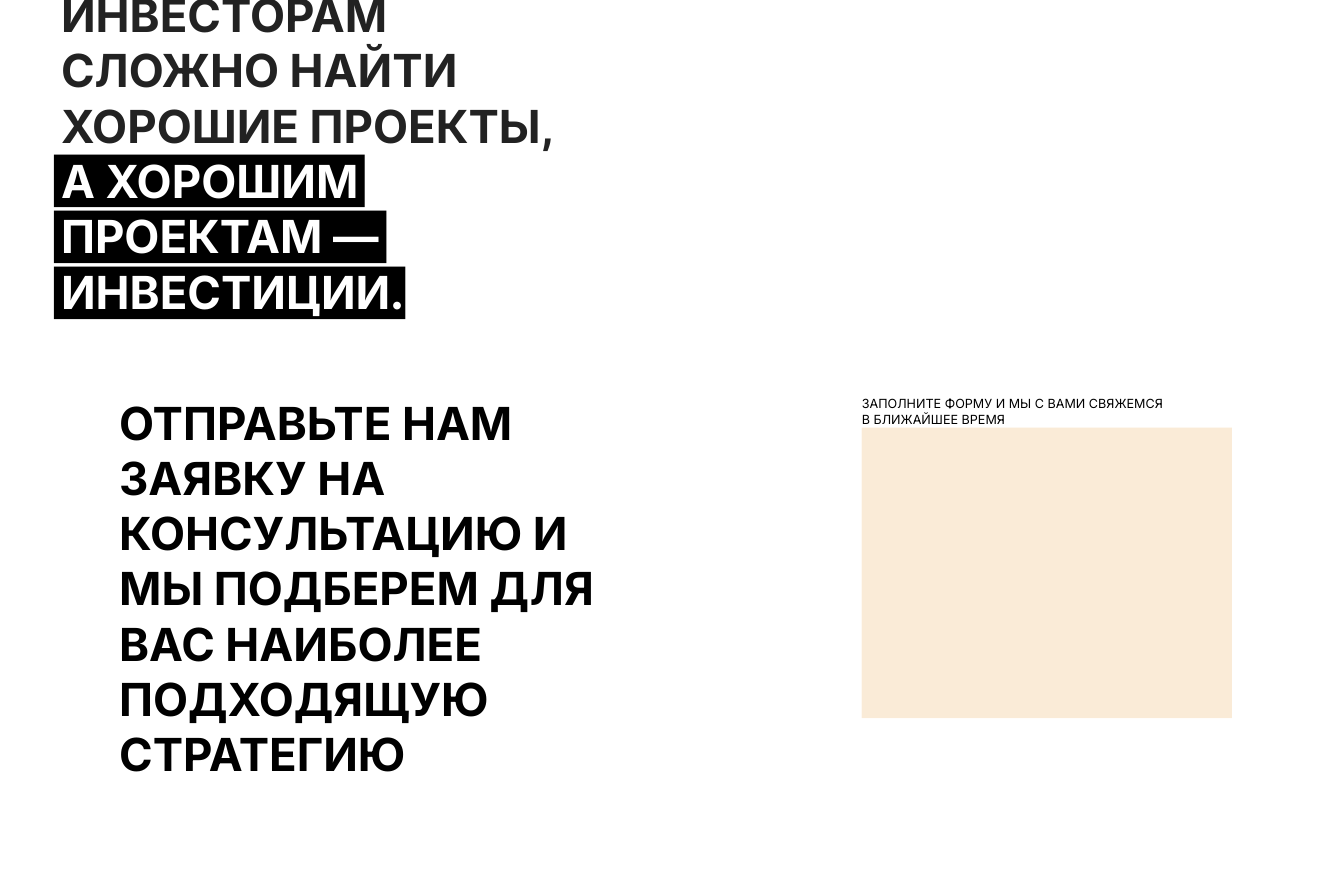
Repository: NadyaKorvin/frontiers
Page: /
An editor plug-in stored every save of this project. The page is shown before and after the next save, followed by the edit.
The browser window is 1280 px wide. The page is 1920 px wide, so the pictures cover 1920 px, including what lies to the right of the window. The pictures show the part of the page from y = 1097 to 2377 px (the page is 2665 px tall), at 70% of full size.
The project was rebuilt for these pictures with package versions that can differ from the ones it lists, and the page was loaded fresh each time.

Above is the page before, as saved 2022-05-23 16:32:38.

### public/index.html
<!DOCTYPE html>
<html lang="en">
  <head>
    <meta charset="utf-8" />
    <link rel="icon" href="%PUBLIC_URL%/favicon.ico" />
    <meta name="viewport" content="width=device-width, initial-scale=1" />
    <meta name="theme-color" content="#000000" />
    <meta name="description" content="Web site created using create-react-app" />
    <link rel="apple-touch-icon" href="%PUBLIC_URL%/logo192.png" />
    <link rel="manifest" href="%PUBLIC_URL%/manifest.json" />
    <link rel="preconnect" href="https://fonts.googleapis.com" />
    <link rel="preconnect" href="https://fonts.gstatic.com" crossorigin />
    <link href="https://fonts.googleapis.com/css2?family=Inter:wght@300;400;500;700&display=swap" rel="stylesheet" />
    <title>FRONTIERS</title>
  </head>
  <body>
    <noscript>You need to enable JavaScript to run this app.</noscript>
    <div id="root"></div>
  </body>
</html>

### src/index.js
import React from "react"
import ReactDOM from "react-dom/client"

import App from "./App"

const root = ReactDOM.createRoot(document.getElementById("root"))
root.render(
  <React.StrictMode>
    <App />
  </React.StrictMode>
)

### src/App.js
import { useState } from "react";
import "./App.css";
import { SecondScreenAnimation } from "./components/secondScreen/SecondScreenAnimation";
import FirstScreenAnimation from "./components/firstScreen/FirstScreenAnimation";
import LastScreenAnimation from "./components/lastScreen/LastScreenAnimation"

function App() {
  const [mousePosition, setMousePosition] = useState("");

  const listenUpperMousePosition = (event) => {
    console.log(event);
    console.log(event.target);
    setMousePosition(event.target);
  };

  return (
    <>
      <FirstScreenAnimation />
      <div className="App">
        <SecondScreenAnimation listenMousePosition={listenUpperMousePosition} />
      </div>
      <LastScreenAnimation />
    </>
  );
}
export default App;

### src/App.css
@import url("./reset.css");
@import url("./components/secondScreen/SecondScreen.css");
@import url("./font/font.css");

body {
  font-family: "Inter";
}

### src/components/secondScreen/SecondScreenAnimation.js
export function SecondScreenAnimation({ listenMousePosition, mousePosition }) {
  let goUp = ""
  const goUpBlackLines = (mousePosition) => {
    if (mousePosition === "animation__text_first_part") {
      goUp = "up"
      return goUp
    }
  }
  goUpBlackLines(mousePosition)
  console.log(goUp)
  return (
    <div className="animation__text_block">
      {goUp != "up" ? (
        <div>
          <div className="animation__text" onMouseOver={listenMousePosition}>
            <p className="animation__text_first_part">Инвесторам сложно найти хорошие проекты,</p>
            <p className="animation__text_second_part">а хорошим проектам — инвестиции.</p>
          </div>
          <div className="animation__black_lines">
            <div className="animation__1th_black_line"></div>
            <div className="animation__2th_black_line"></div>
            <div className="animation__3th_black_line"></div>
          </div>
        </div>
      ) : (
        <div>
          <div className="animation__text" onMouseOver={listenMousePosition}>
            <p className="animation__text_first_part" style={{ color: "#fff" }}>
              Инвесторам сложно найти хорошие проекты,
            </p>
            <p className="animation__text_second_part" style={{ color: "#000" }}>
              а хорошим проектам — инвестиции.
            </p>
          </div>
          <div className="animation__black_lines">
            <div className="animation__1th_black_line" style={{ width: "484px", marginTop: "-475px" }}></div>
            <div className="animation__2th_black_line" style={{ width: "586px" }}></div>
            <div className="animation__3th_black_line" style={{ width: "722px" }}></div>
          </div>
        </div>
      )}
    </div>
  )
}

### src/components/firstScreen/FirstScreenAnimation.js
import React from "react";
import style from "./FirstScreen.module.css";
import image from "../../images/image.webp";

export default function FirstScreenAnimation() {
  const pointer = (
    <svg
      width="8"
      height="101"
      viewBox="0 0 8 101"
      fill="none"
      xmlns="http://www.w3.org/2000/svg"
    >
      <path
        d="M4.35355 100.356C4.15829 100.551 3.84171 100.551 3.64645 100.356L0.464466 97.1735C0.269204 96.9783 0.269204 96.6617 0.464466 96.4664C0.659728 96.2712 0.976311 96.2712 1.17157 96.4664L4 99.2948L6.82843 96.4664C7.02369 96.2712 7.34027 96.2712 7.53553 96.4664C7.7308 96.6617 7.7308 96.9783 7.53553 97.1735L4.35355 100.356ZM3.5 100.002L3.5 0.00195312H4.5L4.5 100.002H3.5Z"
        fill="black"
      />
    </svg>
  );

  return (
    <>
      <section className={style.first__screen}>
        <header className={style.header}>
          <div className={style.logotype}>FRONTIERS</div>
          <nav className={style.nav__sidebar}>
            <ul>Агенство</ul>
            <ul>Кейсы</ul>
            <ul>Услуги</ul>
            <ul>Контакты</ul>
          </nav>
          <div className={style.button}>
            <p className={style.text__btn}>Получить консультацию</p>
          </div>
        </header>
        <div className={style.content}>
          <p>ИНВЕСТИЦИИ</p>
          <p>НЕ</p>
          <p>СЛОЖНО</p>
          <p>
            Мы помогли заработать более 50 млн рублей частным инвесторам в 2021
            году на вложениях в российский бизнес
          </p>
          <p>ПРОКРУТИ ВНИЗ</p>
          <div className={style.content__pointer}>{pointer}</div>
          <img src={image} alt="" />
        </div>
      </section>
    </>
  );
}

### src/components/lastScreen/LastScreenAnimation.js
import React from "react";
import style from "./LastScreen.module.css";
import Form from "./Form"
import Kojo from "../../images/Kojo"

export default function LastScreenAnimation() {
  return (
    <>
      <section className={style.last__screen}>
        <div className={style.wrapper}>
          <div className={style.left__content}>
            <p>
              ОТПРАВЬТЕ НАМ ЗАЯВКУ НА КОНСУЛЬТАЦИЮ И МЫ ПОДБЕРЕМ ДЛЯ ВАС
              НАИБОЛЕЕ ПОДХОДЯЩУЮ СТРАТЕГИЮ
            </p>
          </div>
          <div className={style.right__content}>
            <div className={style.text__form}>
              <p>ЗАПОЛНИТЕ ФОРМУ И МЫ С ВАМИ СВЯЖЕМСЯ В БЛИЖАЙШЕЕ ВРЕМЯ</p>
            </div>
            <Form />
          </div>
        </div>
        <footer className={style.footer}>
          <div className={style.contact}>
            <p>КОНТАКТЫ</p>
            <p>Санкт-Петербург, Невский пр-кт, 71 (5 этаж)</p>
            <p>+7 000 987 6543</p>
            <p><a href="mailto:info@frontiers.ru" ></a>info@frontiers.ru</p>
          </div>
          <div className={style.design}>
            <p>Дизайн и разработка</p>
            <Kojo />
          </div>
          <div className={style.frontiers}>
            <p>FRONTIERS</p>
            <p>Политика конфиденциальности</p>
            <p>© 2022 Frontiers Group</p>
          </div>
        </footer>
      </section>
    </>
  );
}

### src/reset.css
html,
body,
div,
span,
applet,
object,
iframe,
h1,
h2,
h3,
h4,
h5,
h6,
p,
blockquote,
pre,
a,
abbr,
acronym,
address,
big,
cite,
code,
del,
dfn,
em,
img,
ins,
kbd,
q,
s,
samp,
small,
strike,
strong,
sub,
sup,
tt,
var,
b,
u,
i,
center,
dl,
dt,
dd,
ol,
ul,
li,
fieldset,
form,
label,
legend,
table,
caption,
tbody,
tfoot,
thead,
tr,
th,
td,
article,
aside,
canvas,
details,
embed,
figure,
figcaption,
footer,
header,
hgroup,
menu,
nav,
output,
ruby,
section,
summary,
time,
mark,
audio,
video {
  margin: 0;
  padding: 0;
  border: 0;
  font-size: 100%;
  font: inherit;
  vertical-align: baseline;
}

:focus {
  outline: 0;
}

article,
aside,
details,
figcaption,
figure,
footer,
header,
hgroup,
menu,
nav,
section {
  display: block;
}

body {
  line-height: 1;
}

ol,
ul {
  list-style: none;
}

blockquote,
q {
  quotes: none;
}

blockquote:before,
blockquote:after,
q:before,
q:after {
  content: "";
  content: none;
}

table {
  border-collapse: collapse;
  border-spacing: 0;
}

input[type="search"]::-webkit-search-cancel-button,
input[type="search"]::-webkit-search-decoration,
input[type="search"]::-webkit-search-results-button,
input[type="search"]::-webkit-search-results-decoration {
  -webkit-appearance: none;
  -moz-appearance: none;
}

input[type="search"] {
  -webkit-appearance: none;
  -moz-appearance: none;
  -webkit-box-sizing: content-box;
  -moz-box-sizing: content-box;
  box-sizing: content-box;
}

textarea {
  overflow: auto;
  vertical-align: top;
  resize: vertical;
}

[hidden] {
  display: none;
}

html {
  font-size: 100%; /* 1 */
  -webkit-text-size-adjust: 100%; /* 2 */
  -ms-text-size-adjust: 100%; /* 2 */
}

a:focus {
  outline: thin dotted;
}

a:active,
a:hover {
  outline: 0;
}

img {
  border: 0;
  -ms-interpolation-mode: bicubic;
}

figure {
  margin: 0;
}

form {
  margin: 0;
}

fieldset {
  border: 1px solid #c0c0c0;
  margin: 0 2px;
  padding: 0.35em 0.625em 0.75em;
}

legend {
  border: 0; /* 1 */
  padding: 0;
  white-space: normal; /* 2 */
  *margin-left: -7px; /* 3 */
}

button,
input,
select,
textarea {
  font-size: 100%; /* 1 */
  margin: 0; /* 2 */
  vertical-align: baseline; /* 3 */
  *vertical-align: middle; /* 3 */
}

button,
input {
  line-height: normal;
}

button,
select {
  text-transform: none;
}

button,
html input[type="button"], /* 1 */
input[type="reset"],
input[type="submit"] {
  -webkit-appearance: button; /* 2 */
  cursor: pointer; /* 3 */
  *overflow: visible; /* 4 */
}

button[disabled],
html input[disabled] {
  cursor: default;
}

input[type="checkbox"],
input[type="radio"] {
  box-sizing: border-box; /* 1 */
  padding: 0; /* 2 */
  *height: 13px; /* 3 */
  *width: 13px; /* 3 */
}

input[type="search"] {
  -webkit-appearance: textfield; /* 1 */
  -moz-box-sizing: content-box;
  -webkit-box-sizing: content-box; /* 2 */
  box-sizing: content-box;
}

input[type="search"]::-webkit-search-cancel-button,
input[type="search"]::-webkit-search-decoration {
  -webkit-appearance: none;
}

button::-moz-focus-inner,
input::-moz-focus-inner {
  border: 0;
  padding: 0;
}

textarea {
  overflow: auto; /* 1 */
  vertical-align: top; /* 2 */
}

table {
  border-collapse: collapse;
  border-spacing: 0;
}

html,
button,
input,
select,
textarea {
  color: #222;
}

::-moz-selection {
  background: #b3d4fc;
  text-shadow: none;
}

::selection {
  background: #b3d4fc;
  text-shadow: none;
}

img {
  vertical-align: middle;
}

fieldset {
  border: 0;
  margin: 0;
  padding: 0;
}

textarea {
  resize: vertical;
}

.chromeframe {
  margin: 0.2em 0;
  background: #ccc;
  color: #000;
  padding: 0.2em 0;
}

### src/components/secondScreen/SecondScreen.css
.second__screen_main {
  display: flex;
  justify-content: space-between;
  margin: 0 auto;
  margin-top: 174px;
  /* придкмать решение сделать по центру*/
  display: flex;
  width: 1600px;
  height: 733px;
}

.animation__text_block {
  display: block;
  margin-left: 87px;
}

.animation__text_first_part,
.animation__text_second_part {
  width: 770px;
  text-transform: uppercase;
  font-size: 65px;
  font-weight: 700;
  line-height: 79px;
  transition: 0.6s ease-out;
}

.animation__text_second_part {
  color: #fff;
}

.animation__black_lines {
  margin-left: -10px;
  margin-top: -236px;
}

.animation__1th_black_line {
  margin-bottom: 5px;
  height: 75px;
  width: 444px;
  background-color: #000;
  transition: 0.6s ease-out;
}

.animation__2th_black_line {
  margin-bottom: 5px;
  height: 75px;
  width: 475px;
  background-color: #000;
  transition: 0.6s ease-out;
}
.animation__3th_black_line {
  height: 75px;
  width: 502px;
  background-color: #000;
  transition: 0.6s ease-out;
}

.right__part {
  display: flex;
  margin-left: 190px;
  flex-direction: column;
}

.conversation__image {
  margin-right: 222px;
  display: block;
  width: 400px;
  height: 400px;
  background: url("../secondScreen/people.png");
}

.decoration_marks {
  margin-top: -110px;
  transform: rotate(-180deg);
  font-size: 200px;
  font-weight: 300;
}

.text_paragraph {
  margin-left: 90px;
  width: 431px;
  font-size: 18px;
  font-weight: 400;
  line-height: 23px;
  text-transform: uppercase;
  line-height: 130%;
}

### src/font/font.css
@font-face {
  font-family: "Inter";
  src:
    url("./Inter-Bold.ttf") format("truetype")
    url("./Inter-Bold.woff2") format("woff2"),
    url("./Inter-Bold.woff") format("woff");
  font-weight: 700;
  font-style: normal;
  font-stretch: normal;
  unicode-range: U+0020-E0D0;
}

@font-face {
  font-family: "Inter";
  src:
    url("./Inter-Regular.woff2") format("woff2"),
    url("./Inter-Regular.ttf") format("truetype")
    url("./Inter-Regular.woff") format("woff");
  font-weight: 400;
  font-style: normal;
  font-stretch: normal;
  unicode-range: U+0020-E0D0;
}

@font-face {
    font-family:'Inter Medium';
    src:
        url("./Inter-Medium.ttf") format("truetype")
        url('Inter-Medium.woff2') format('woff2'),
		url('Inter-Medium.woff') format('woff');
    font-weight: 500;
    font-style: normal;
    font-stretch: normal;
    unicode-range: U+0020-E0D0;
}

@font-face {
    font-family:'Inter Light';
    src:
        url("./Inter-Light.ttf") format("truetype")
        url('Inter-Light.woff2') format('woff2'),
		url('Inter-Light.woff') format('woff');
    font-weight: 300;
    font-style: normal;
    font-stretch: normal;
    unicode-range: U+0020-E0D0;
}

### src/components/firstScreen/FirstScreen.module.css
.first__screen {
  width: 1920px;
  height: 1080px;
}

.header {
  width: 1600px;
  height: 82px;
  margin: 0 160px;
  border-bottom: 1px solid #000000;
  display: flex;
}

.logotype {
  width: 151px;
  height: 30px;
  padding-top: 27px;
  font-family: "Inter";
  font-style: normal;
  font-weight: 700;
  font-size: 25px;
  line-height: 30px;
  letter-spacing: 0.05em;
  color: #000000;
}

.nav__sidebar {
  display: flex;
  justify-content: space-between;
  width: 473px;
  padding-top: 33px;
  padding-left: 633px;
}

.button {
  position: absolute;
  width: 243px;
  height: 45px;
  left: 1517px;
  top: 19px;
  background: #000000;
}

.text__btn {
  padding-top: 12px;
  padding-bottom: 12px;
  font-family: "Inter";
  font-style: normal;
  font-weight: 500;
  font-size: 16px;
  line-height: 19px;
  text-align: center;
  color: #ffffff;
}

.content > p {
  position: absolute;
  font-family: "Inter";
  font-style: normal;
  font-weight: 400;
  font-size: 160px;
  line-height: 194px;
  text-transform: uppercase;
  color: #000000;
}

p:nth-child(1) {
  top: 83px;
  left: 160px;
}

p:nth-child(2) {
  top: 285px;
  left: 1449px;
}

p:nth-child(3) {
  top: 461px;
  left: 568px;
}

p:nth-child(4) {
  width: 265px;
  height: 90px;
  top: 118px;
  left: 1464px;
  box-sizing: content-box;
  font-family: "Inter";
  font-style: normal;
  font-weight: 500;
  font-size: 14px;
  line-height: 130%;
  text-transform: uppercase;
  color: #000000;
}

p:nth-child(5) {
  position: absolute;
  width: 130px;
  height: 17px;
  left: 104px;
  top: 865px;
  font-family: "Inter";
  font-style: normal;
  font-weight: 500;
  font-size: 14px;
  line-height: 17px;
  letter-spacing: 0.05em;
  color: #000000;
  transform: rotate(-90deg);
}

.content__pointer {
    position: absolute;
    top: 876px;
    left: 187px;
}

img {
  position: absolute;
  top: 714px;
  left: 568px;
  width: 1352px;
  height: 366px;
}

### src/components/lastScreen/LastScreen.module.css
.last__screen {
  width: 1920px;
  height: 1080px;
}

.wrapper {
  position: relative;
  top: 109px;
  left: 170px;
  display: flex;
  justify-content: space-between;
  width: 1590px;
  height: 553px;
}

.left__content {
  position: relative;
  width: 775px;
  height: 553px;
  box-sizing: border-box;
  font-family: "Inter";
  font-style: normal;
  font-weight: 700;
  font-size: 65px;
  line-height: 79px;
  text-transform: uppercase;
  color: #000000;
}

.right__content {
  position: relative;
  width: 529px;
  height: 553px;
}

.text__form {
  width: 529px;
  height: 46px;
  left: 1231px;
  top: 4438px;
  font-family: "Inter";
  font-style: normal;
  font-weight: 400;
  font-size: 18px;
  line-height: 130%;
  text-transform: uppercase;
  color: #000000;
}

.footer {
  position: relative;
  margin: 308px 160px 0;
  width: 1600px;
  border-top: 1px solid #000000;
  bottom: 0px;
  display: flex;
  justify-content: space-between;
}

.contact {
  width: 357px;
}

.contact > p:nth-child(1) {
  padding: 33px 0 20px;
  font-family: "Inter";
  font-style: normal;
  font-weight: 700;
  font-size: 25px;
  line-height: 30px;
  color: #000000;
}

.contact > p:nth-child(2),
.contact > p:nth-child(3),
.contact > p:nth-child(4) {
  padding-bottom: 15px;
}

.design {
  padding-top: 150px;
  width: 260px;
  display: flex;
  margin-left: -80px;
  justify-content: space-between;
}

.frontiers {
  width: 250px;
  text-align: end;
}

.frontiers > p:nth-child(1) {
    padding: 30px 0 57px;
    font-family: "Inter";
    font-style: normal;
    font-weight: 700;
    font-size: 25px;
    line-height: 30px;
    color: #000000;
  }

.frontiers > p:nth-child(2),
.frontiers > p:nth-child(3) {
    padding-bottom: 15px;
}

### src/components/lastScreen/Form.js
import React, { useState, useRef } from "react";
import { useForm } from "react-hook-form";
import style from "./Form.module.css";

export default function Form() {
  const {
    register,
    handleSubmit,
    watch,
    formState: { errors },
  } = useForm();
  const onSubmit = (data) => console.log(data);

  console.log(watch("example"));

  return (
    <form name="form"
    id="form" className={style.form} onSubmit={handleSubmit(onSubmit)}>
    </form>
  );
}

### src/images/Kojo.js
export default function Kojo() {
  return (
    <>
      <a href="https://kojo.one">
        <svg
          width="84"
          height="14"
          viewBox="0 0 84 14"
          fill="none"
          xmlns="http://www.w3.org/2000/svg"
        >
          <g clip-path="url(#clip0_208_2325)">
            <path d="M0 11.0006H2.91247V13.7951H0V11.0006Z" fill="black" />
            <path
              d="M45.2715 11.356H48.0271V14.0001H45.2715V11.356Z"
              fill="black"
            />
            <path
              d="M80.627 5.62939H83.1075V8.00787H80.627V5.62939Z"
              fill="black"
            />
            <path
              d="M72.5498 5.0966V13.7949H69.1513L65.5198 3.26231C65.5586 3.66001 65.5975 4.13227 65.6363 4.6791C65.6752 5.22591 65.7076 5.77896 65.7334 6.33821C65.7723 6.89747 65.7917 7.39458 65.7917 7.82956V9.44863H63.2283V0.186417H66.6267L70.2971 10.719C70.2583 10.2592 70.2129 9.73103 70.1612 9.13448C70.1093 8.52551 70.0641 7.92277 70.0252 7.32623C69.9994 6.71727 69.9864 6.20151 69.9864 5.77896V5.0966H72.5498Z"
              fill="black"
            />
            <path
              d="M13.7413 13.4782C14.4404 13.8137 15.2625 13.9815 16.2076 13.9815C17.1657 13.9815 17.9878 13.8137 18.674 13.4782C19.3731 13.1302 19.9104 12.6517 20.2859 12.0427C20.6742 11.4213 20.8684 10.7005 20.8684 9.88028V7.68652H17.9554V9.88028C17.9554 10.9988 17.3729 11.558 16.2076 11.558C15.0425 11.558 14.4599 10.9988 14.4599 9.88028V7.68652H11.5469V9.88028C11.5469 10.7005 11.7346 11.4213 12.11 12.0427C12.4984 12.6517 13.0422 13.1302 13.7413 13.4782Z"
              fill="black"
            />
            <path
              d="M11.5469 5.34079V4.1012C11.5469 3.28096 11.7346 2.56636 12.11 1.95739C12.4984 1.336 13.0422 0.857523 13.7413 0.52197C14.4404 0.17399 15.2625 0 16.2076 0C17.1657 0 17.9878 0.17399 18.674 0.52197C19.3731 0.857523 19.9104 1.336 20.2859 1.95739C20.6742 2.56636 20.8684 3.28096 20.8684 4.1012V5.34079H17.9554V4.1012C17.9554 2.98269 17.3729 2.42343 16.2076 2.42343C15.0425 2.42343 14.4599 2.98269 14.4599 4.1012V5.34079H11.5469Z"
              fill="black"
            />
            <path
              d="M0 0.186417V9.74988H2.91299V8.03461H4.2918L6.69987 13.7949H9.90416L6.87465 6.69241L9.78764 0.186417H6.62219L4.2918 5.46204H2.91299V0.186417H0Z"
              fill="black"
            />
            <path
              d="M27.269 14.0001C25.7801 14.0001 24.5956 13.6148 23.7152 12.8443C22.8478 12.0614 22.4141 11.0112 22.4141 9.69386H25.3269C25.3269 10.2655 25.5017 10.7254 25.8513 11.0733C26.2008 11.4089 26.6735 11.5767 27.269 11.5767C27.8645 11.5767 28.3371 11.4151 28.6867 11.092C29.0362 10.7564 29.211 10.3028 29.211 9.73114V9.35596H32.124V9.73114C32.124 11.0485 31.6903 12.0924 30.8229 12.863C29.9555 13.6211 28.7708 14.0001 27.269 14.0001Z"
              fill="black"
            />
            <path
              d="M25.2305 2.79638H29.0676V2.79159H32.1245V0.186523H25.2305V2.79638Z"
              fill="black"
            />
            <path
              d="M37.0304 13.478C37.7295 13.8136 38.5517 13.9814 39.4968 13.9814C40.4548 13.9814 41.277 13.8136 41.9631 13.478C42.6622 13.13 43.1995 12.6516 43.5749 12.0426C43.9633 11.4212 44.1576 10.7004 44.1576 9.88016V7.6864H41.2445V9.88016C41.2445 10.9987 40.662 11.5579 39.4968 11.5579C38.3315 11.5579 37.749 10.9987 37.749 9.88016V7.6864H34.8359V9.88016C34.8359 10.7004 35.0237 11.4212 35.3992 12.0426C35.7875 12.6516 36.3313 13.13 37.0304 13.478Z"
              fill="black"
            />
            <path
              d="M44.1576 4.1012V5.34079H41.2445V4.1012C41.2445 2.98269 40.662 2.42343 39.4968 2.42343C38.3315 2.42343 37.749 2.98269 37.749 4.1012V5.34079H34.8359V4.1012C34.8359 3.28096 35.0237 2.56636 35.3992 1.95739C35.7875 1.336 36.3313 0.857523 37.0304 0.52197C37.7295 0.17399 38.5517 0 39.4968 0C40.4548 0 41.277 0.17399 41.9631 0.52197C42.6622 0.857523 43.1995 1.336 43.5749 1.95739C43.9633 2.56636 44.1576 3.28096 44.1576 4.1012Z"
              fill="black"
            />
            <path
              d="M56.2447 13.9814C55.2996 13.9814 54.4776 13.8136 53.7784 13.478C53.0793 13.13 52.5355 12.6516 52.1471 12.0426C51.7717 11.4212 51.584 10.7004 51.584 9.88016V7.6864H54.4969V9.88016C54.4969 10.9987 55.0796 11.5579 56.2447 11.5579C57.4099 11.5579 57.9924 10.9987 57.9924 9.88016V7.6864H60.9055V9.88016C60.9055 10.7004 60.7113 11.4212 60.3229 12.0426C59.9474 12.6516 59.4101 13.13 58.711 13.478C58.0249 13.8136 57.2027 13.9814 56.2447 13.9814Z"
              fill="black"
            />
            <path
              d="M60.9055 5.34079V4.1012C60.9055 3.28096 60.7113 2.56636 60.3229 1.95739C59.9474 1.336 59.4101 0.857523 58.711 0.52197C58.0249 0.17399 57.2027 0 56.2447 0C55.2996 0 54.4776 0.17399 53.7784 0.52197C53.0793 0.857523 52.5355 1.336 52.1471 1.95739C51.7717 2.56636 51.584 3.28096 51.584 4.1012V5.34079H54.4969V4.1012C54.4969 2.98269 55.0796 2.42343 56.2447 2.42343C57.4099 2.42343 57.9924 2.98269 57.9924 4.1012V5.34079H60.9055Z"
              fill="black"
            />
            <path
              d="M75.2617 13.795V0.186523H84.0007V2.57268H78.1164V5.62993H79.1802V8.01609H78.1164V11.4089H84.0007V13.795H75.2617Z"
              fill="black"
            />
          </g>
          <defs>
            <clipPath id="clip0_208_2325">
              <rect width="84" height="14" fill="white" />
            </clipPath>
          </defs>
        </svg>
      </a>
    </>
  );
}

### src/components/lastScreen/Form.module.css
.form {
    padding-top: 60px;
    width: 529px;
    height: 355px;
    background-color: antiquewhite;
}

After the next save:
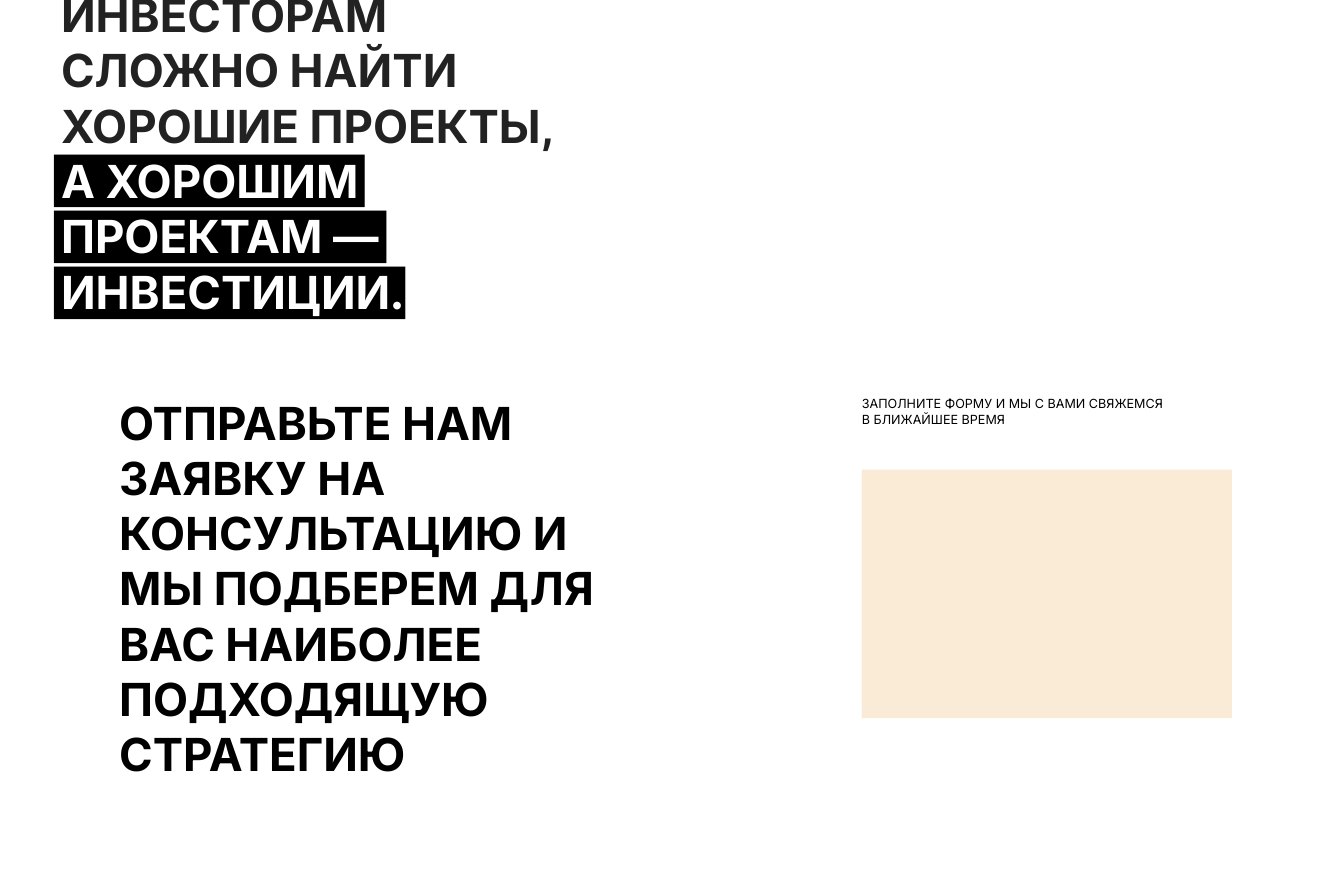
Saved 13 s later.
--- a/src/components/lastScreen/Form.module.css
+++ b/src/components/lastScreen/Form.module.css
@@ -1,5 +1,5 @@
 .form {
-    padding-top: 60px;
+    margin-top: 60px;
     width: 529px;
     height: 355px;
     background-color: antiquewhite;
